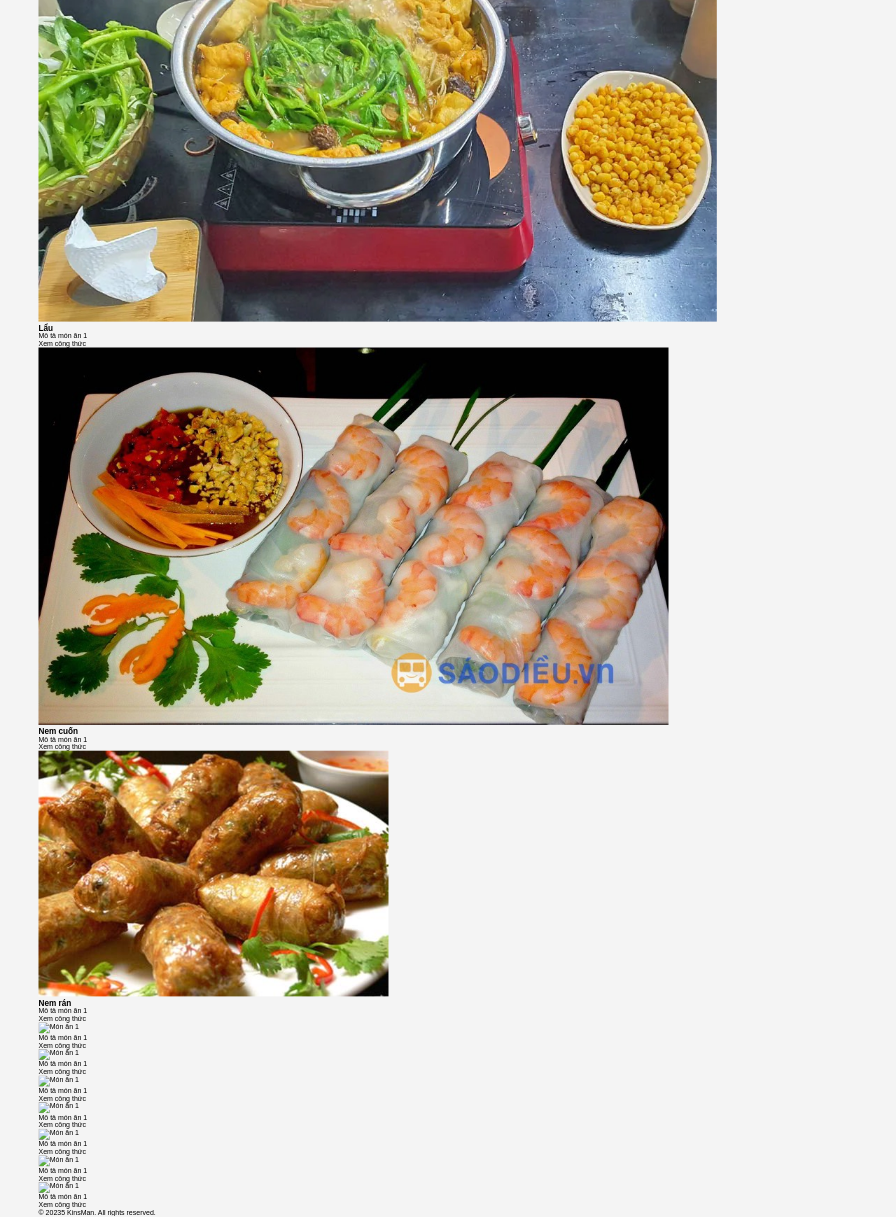
Repository: hoang28092000/how-food
Page: index.html
The author's editor kept a copy of each file at every save. The page is drawn from the files as they stood at one save, then again after a run of saves.
The browser window is 1280 px wide. The pictures show the part of the page from y = 2278 to 4198 px (the page is 4016 px tall before and 4198 px after), at 70% of full size.

Above is the page before, as saved 2025-04-14 23:56:59.

### index.html
<!DOCTYPE html>
<html lang="en">
<head>
    <meta charset="UTF-8">
    <meta name="viewport" content="width=device-width, initial-scale=1.0">
    <link rel="stylesheet" href="./style.css">
    <title>Food VN</title>
</head>
<body>
    <header>
        <div class="container">
            <nav class="nav">
                <h1 class="logo">KINSMAN</h1>
                <form action="" class="search-form">
                    <input type="text" class="search-box" placeholder="Search for food...">
                    <button type="submit" class="btn-search">Search</button>
                </form>
            </nav>
        </div>
    </header>
    <main>
        <div class="container">
            <h2 class="title-page">
                Công thức nấu món ăn do KinsMAN cung cấp
            </h2>
            <div class="list-food">
                <div class="food-item">
                    <img src="./image/banh-xeo.webp" alt="Món ăn 1" class="food-image">
                    <div class="info-card">
                        <h3 class="food-name">Bánh Xèo</h3>
                        <p class="food-description">Mô tả món ăn 1</p>
                        <a class="btn-card">Xem công thức</a>
                    </div>
                </div>
                <div class="food-item">
                    <img src="./image/banh_khot.webp" alt="Món ăn 1" class="food-image">
                    <div class="info-card">
                        <h3 class="food-name">Bánh khọt</h3>
                        <p class="food-description">Mô tả món ăn 1</p>
                        <a class="btn-card">Xem công thức</a>
                    </div>
                </div>
                <div class="food-item">
                    <img src="./image/bunbo.jpg" alt="Món ăn 1" class="food-image">
                    <div class="info-card">
                        <h3 class="food-name">Bún bò</h3>
                        <p class="food-description">Mô tả món ăn 1</p>
                        <a class="btn-card">Xem công thức</a>
                    </div>
                </div>
                <div class="food-item">
                    <img src="./image/duahanh.jpg" alt="Món ăn 1" class="food-image">
                    <div class="info-card">
                        <h3 class="food-name">Dưa hành</h3>
                        <p class="food-description">Mô tả món ăn 1</p>
                        <a class="btn-card">Xem công thức</a>
                    </div>
                </div>
                <div class="food-item">
                    <img src="./image/lau.webp" alt="Món ăn 1" class="food-image">
                    <div class="info-card">
                        <h3 class="food-name">Lẩu</h3>
                        <p class="food-description">Mô tả món ăn 1</p>
                        <a class="btn-card">Xem công thức</a>
                    </div>
                </div>
                <div class="food-item">
                    <img src="./image/nemccuon.jpg" alt="Món ăn 1" class="food-image">
                    <div class="info-card">
                        <h3 class="food-name">Nem cuốn</h3>
                        <p class="food-description">Mô tả món ăn 1</p>
                        <a class="btn-card">Xem công thức</a>
                    </div>
                </div>
                <div class="food-item">
                    <img src="./image/nemran.jpg" alt="Món ăn 1" class="food-image">
                    <div class="info-card">
                        <h3 class="food-name">Nem rán</h3>
                        <p class="food-description">Mô tả món ăn 1</p>
                        <a class="btn-card">Xem công thức</a>
                    </div>
                </div>
                <div class="food-item">
                    <img src="" alt="Món ăn 1" class="food-image">
                    <div class="info-card">
                        <h3 class="food-name"></h3>
                        <p class="food-description">Mô tả món ăn 1</p>
                        <a class="btn-card">Xem công thức</a>
                    </div>
                </div>
                <div class="food-item">
                    <img src="" alt="Món ăn 1" class="food-image">
                    <div class="info-card">
                        <h3 class="food-name"></h3>
                        <p class="food-description">Mô tả món ăn 1</p>
                        <a class="btn-card">Xem công thức</a>
                    </div>
                </div>
                <div class="food-item">
                    <img src="" alt="Món ăn 1" class="food-image">
                    <div class="info-card">
                        <h3 class="food-name"></h3>
                        <p class="food-description">Mô tả món ăn 1</p>
                        <a class="btn-card">Xem công thức</a>
                    </div>
                </div>
                <div class="food-item">
                    <img src="" alt="Món ăn 1" class="food-image">
                    <div class="info-card">
                        <h3 class="food-name"></h3>
                        <p class="food-description">Mô tả món ăn 1</p>
                        <a class="btn-card">Xem công thức</a>
                    </div>
                </div>
                <div class="food-item">
                    <img src="" alt="Món ăn 1" class="food-image">
                    <div class="info-card">
                        <h3 class="food-name"></h3>
                        <p class="food-description">Mô tả món ăn 1</p>
                        <a class="btn-card">Xem công thức</a>
                    </div>
                </div>
                <div class="food-item">
                    <img src="" alt="Món ăn 1" class="food-image">
                    <div class="info-card">
                        <h3 class="food-name"></h3>
                        <p class="food-description">Mô tả món ăn 1</p>
                        <a class="btn-card">Xem công thức</a>
                    </div>
                </div>
                <div class="food-item">
                    <img src="" alt="Món ăn 1" class="food-image">
                    <div class="info-card">
                        <h3 class="food-name"></h3>
                        <p class="food-description">Mô tả món ăn 1</p>
                        <a class="btn-card">Xem công thức</a>
                    </div>
                </div>
            </div>
        </div>
    </main>

    <footer>
        <div class="container">
            <p>&copy; 20235 KinsMan. All rights reserved.</p>
        </div>
    </footer>


    <script src="script.js"></script>
</body>
</html>

### style.css
*{
    padding: 0;
    margin: 0;
    box-sizing: border-box;
}
html{
    font-size: 62.5%;
    scroll-behavior: smooth;
}
.container{
    max-width: calc(100% - 48px);
    width: 1170px;
    margin: 0 auto;
}
body{
    font-family: 'Poppins', sans-serif;
    background-color: #f4f4f4;
}
/* header */
nav{
    display: flex;
    justify-content: space-between;
    align-items: center;
    padding: 20px;
    background-color: #fff;
    box-shadow: 0 2px 5px rgba(0, 0, 0, 0.1);
    position: fixed;
    width: 100%;
    top: 0;
    left: 0;
}
nav .logo{
    font-size: 2rem;
    font-weight: bold;
    color: #333;
    letter-spacing: 2px;
}
nav .search-form{
    display: flex;
    width: 50%;
    align-items: center;
    justify-content: flex-end;
}
.search-box{
    width: 300px;
    height: 40px;
    padding-left: 10px;
    border: 1px solid #ccc;
    border-radius: 5px;
    outline: none;
}
.btn-search{
    width: 100px;
    height: 40px;
    background-color: #333;
    color: #fff;
    border: none;
    border-radius: 5px;
    cursor: pointer;
    margin-left: 10px;
    transition: background-color 0.2s ease-in-out;
}
.btn-search:hover{
    background-color: #555;
}
/* main */
main{
    margin-top: 80px;
}
.title-page{
    padding-top: 60px;
    text-align: center;
    font-size: 2rem;
    font-weight: bold;
    color: #333;

}

Loaded but not shown: script.js (no copy from this time; the picture is the same without it)

After the next 4 saves:
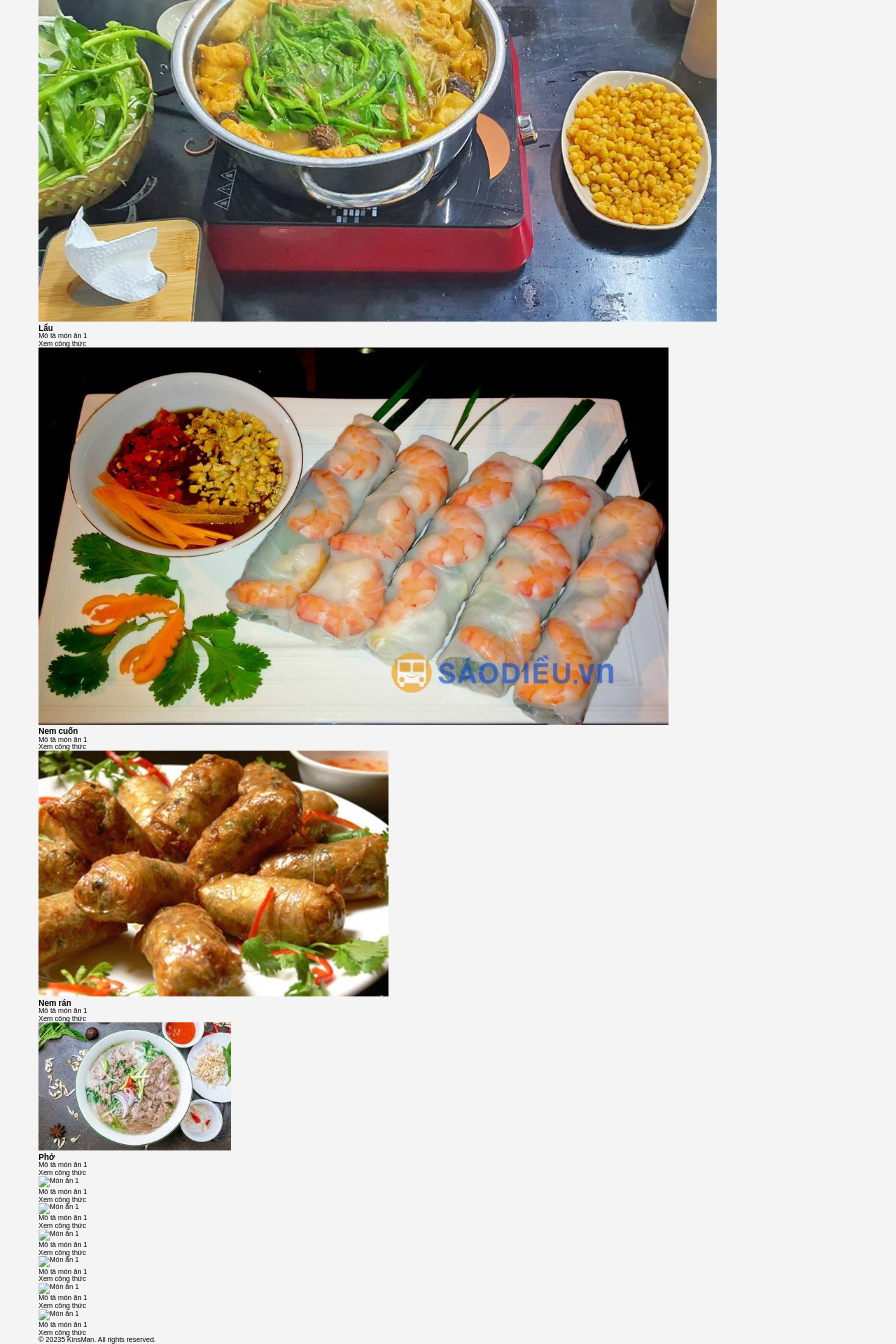
The 4 saves are shown as one change because they came seconds apart.
The last was saved 11 s later.
--- a/index.html
+++ b/index.html
@@ -81,9 +81,9 @@
                     </div>
                 </div>
                 <div class="food-item">
-                    <img src="" alt="Món ăn 1" class="food-image">
+                    <img src="./image/pho.jpg" alt="Món ăn 1" class="food-image">
                     <div class="info-card">
-                        <h3 class="food-name"></h3>
+                        <h3 class="food-name">Phở</h3>
                         <p class="food-description">Mô tả món ăn 1</p>
                         <a class="btn-card">Xem công thức</a>
                     </div>
